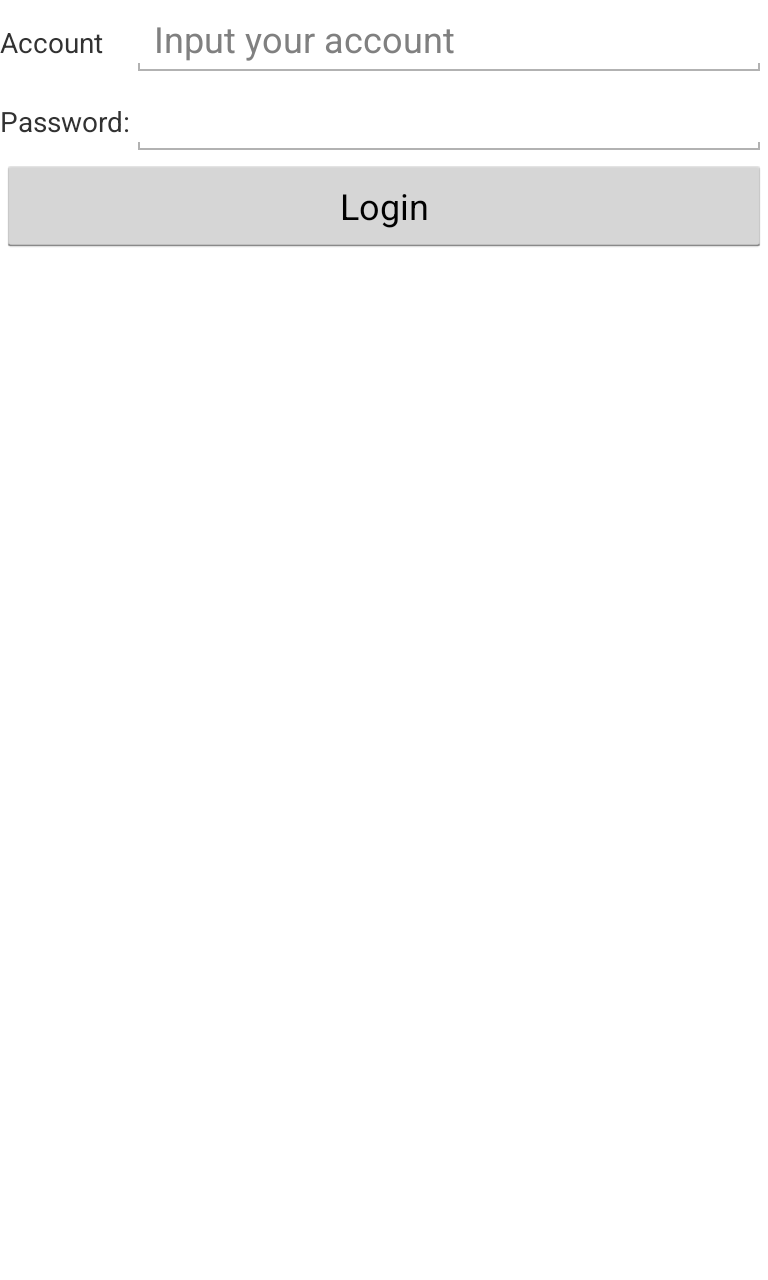
Repository: Wang-Xuan/Hello-World
Layout: UILayoutTest/res/layout/activity_main.xml
These files come from the project's save history. The layout is drawn as it stood at one moment and after the next save; the edit follows.
It is drawn on a 768 x 1280 px phone screen (xhdpi) without system bars, with theme AppTheme; the app's code is not run.

Above is the layout before, as saved 2014-12-07 07:38:21.

After the next save:
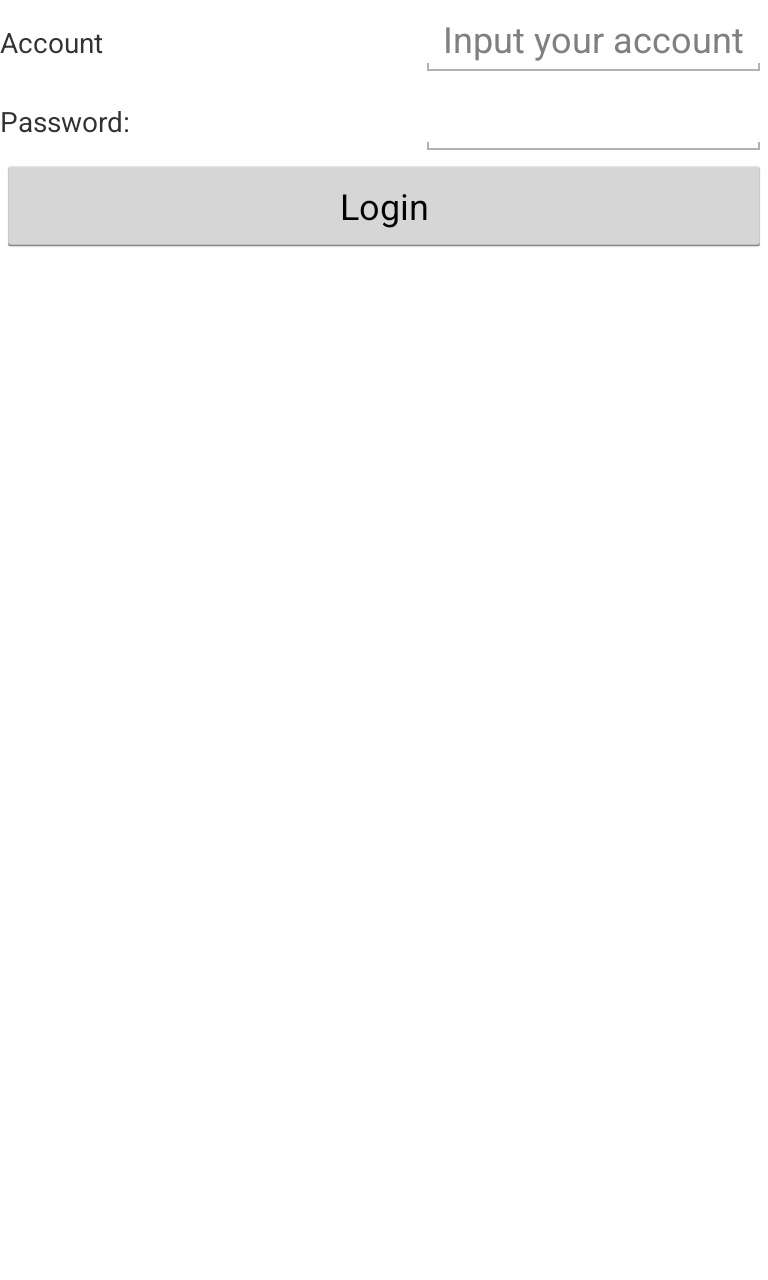
Saved 37 s later.
--- a/UILayoutTest/res/layout/activity_main.xml
+++ b/UILayoutTest/res/layout/activity_main.xml
@@ -1,7 +1,7 @@
 <TableLayout xmlns:android="http://schemas.android.com/apk/res/android"
     android:layout_width="match_parent"
     android:layout_height="match_parent"
-    android:stretchColumns="1" >
+    android:stretchColumns="0" >
 
 	<TableRow>
 
